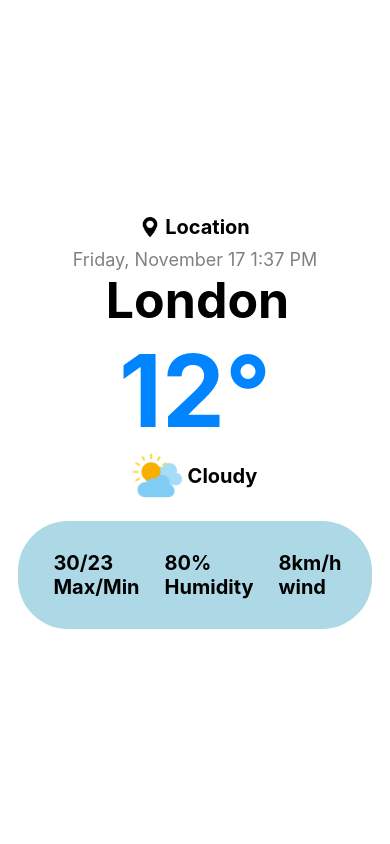
Repository: praveen080/react-native-weatherAppV1
Screen: /
The author's editor kept a copy of each file at every save. The screen is drawn from the files as they stood at one save, then again after the next save.
The app was drawn by React Native's web renderer in a window 390 px wide. The project was rebuilt for these pictures with package versions that can differ from the ones it lists, and the page was loaded fresh each time. Also part of the build but not shown: Screens/startUp.js.

Above is the screen before, as saved 2023-11-17 14:18:42.

After the next save:
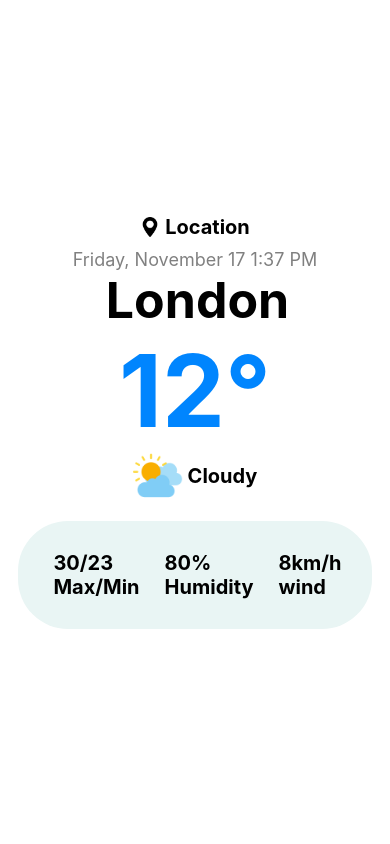
Saved 35 s later.
--- a/Screens/Home.js
+++ b/Screens/Home.js
@@ -125,7 +125,7 @@ export const styles = StyleSheet.create({
   },
   cardFull: {
     borderRadius: 50,
-    backgroundColor: "lightblue",
+    backgroundColor: "#e9f5f4",
     marginTop: 20,
   },
 });
